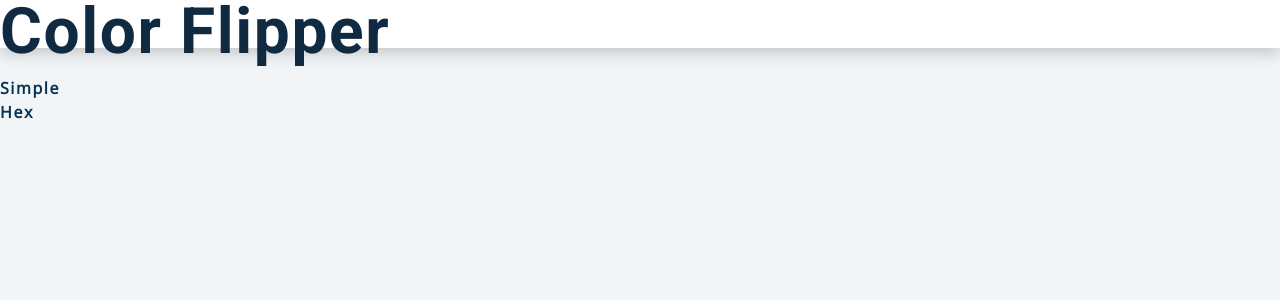
Repository: Vickydew1/ChangeBgcolor
Page: index.html
An editor plug-in stored every save of this project. The page is shown before and after the next save, followed by the edit.
The browser window is 1280 px wide. The pictures show the whole page.

Above is the page before, as saved 2022-01-10 03:04:42.

After the next save:
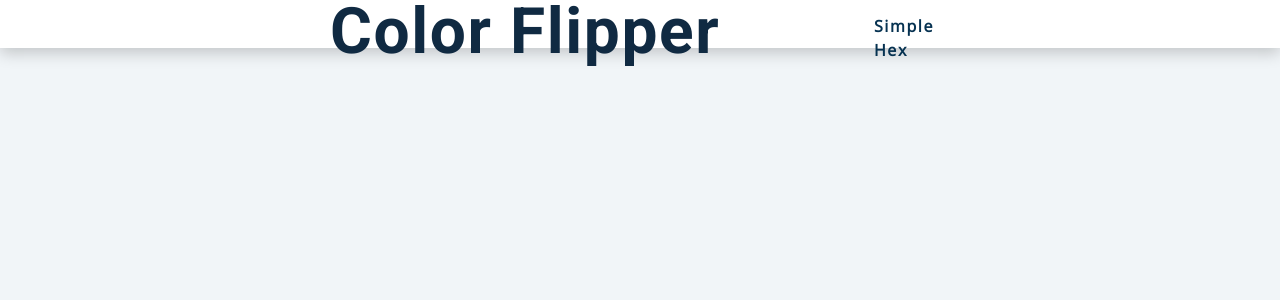
Saved 110 s later.
--- a/index.html
+++ b/index.html
@@ -10,15 +10,18 @@
   </head>
   <body>
     <nav>
-      <h1>color flipper</h1>
-      <ul class="navlinks">
-      <li>
-        <a href="index.html">Simple</a>
-      </li>
-      <li>
-        <a href="hex.html">hex
-        </a>
-      </li>
+      <div class="nav-center">
+        <h1>color flipper</h1>
+        <ul class="navlinks">
+          <li>
+            <a href="index.html">Simple</a>
+          </li>
+          <li>
+            <a href="hex.html">hex </a>
+          </li>
+        </ul>
+      </div>
+    </nav>
     <!-- javascript -->
     <script src="app.js"></script>
   </body>
